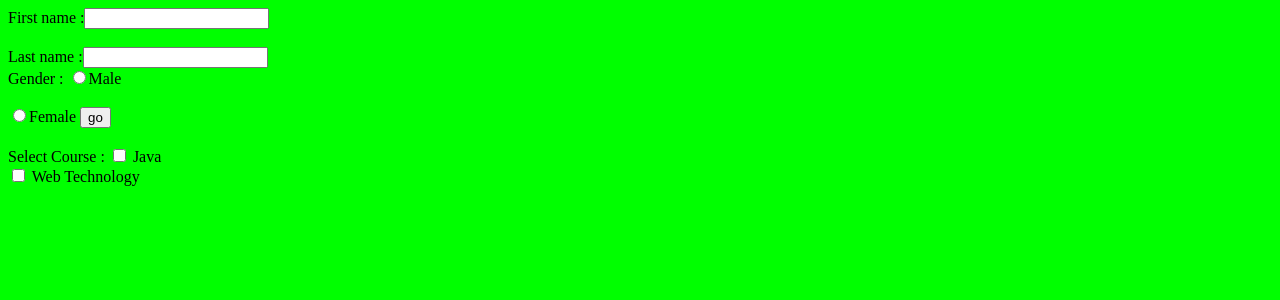
Repository: akale1992/Learning-HIBERNATE-SERVLETS
Page: jspdemo/WebContent/Welcome.html
The author's editor kept a copy of each file at every save. The page is drawn from the files as they stood at one save, then again after the next save.
The browser window is 1280 px wide. The pictures show the whole page.

Above is the page before, as saved 2015-09-15 04:44:54.

After the next save:
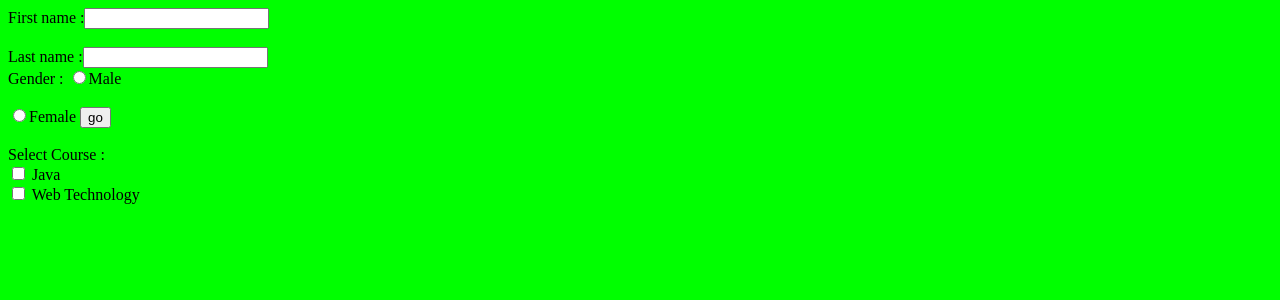
Saved 40 s later.
--- a/jspdemo/WebContent/Welcome.html
+++ b/jspdemo/WebContent/Welcome.html
@@ -11,7 +11,7 @@ Last name  :<input type="text" name="lname"><br>
 Gender : <input type="radio" value="male" name="r1">Male<br><br>
 <input type="radio" value="Female" name="r1">Female
 <input type="submit" value="go"><br><br>
-Select Course : <input type="checkbox" name="c1" value="java"> Java<br>
+Select Course : <br> <input type="checkbox" name="c1" value="java"> Java<br>
  <input type="checkbox" name="web " value="web" name="web"> Web Technology
 </form>
 
